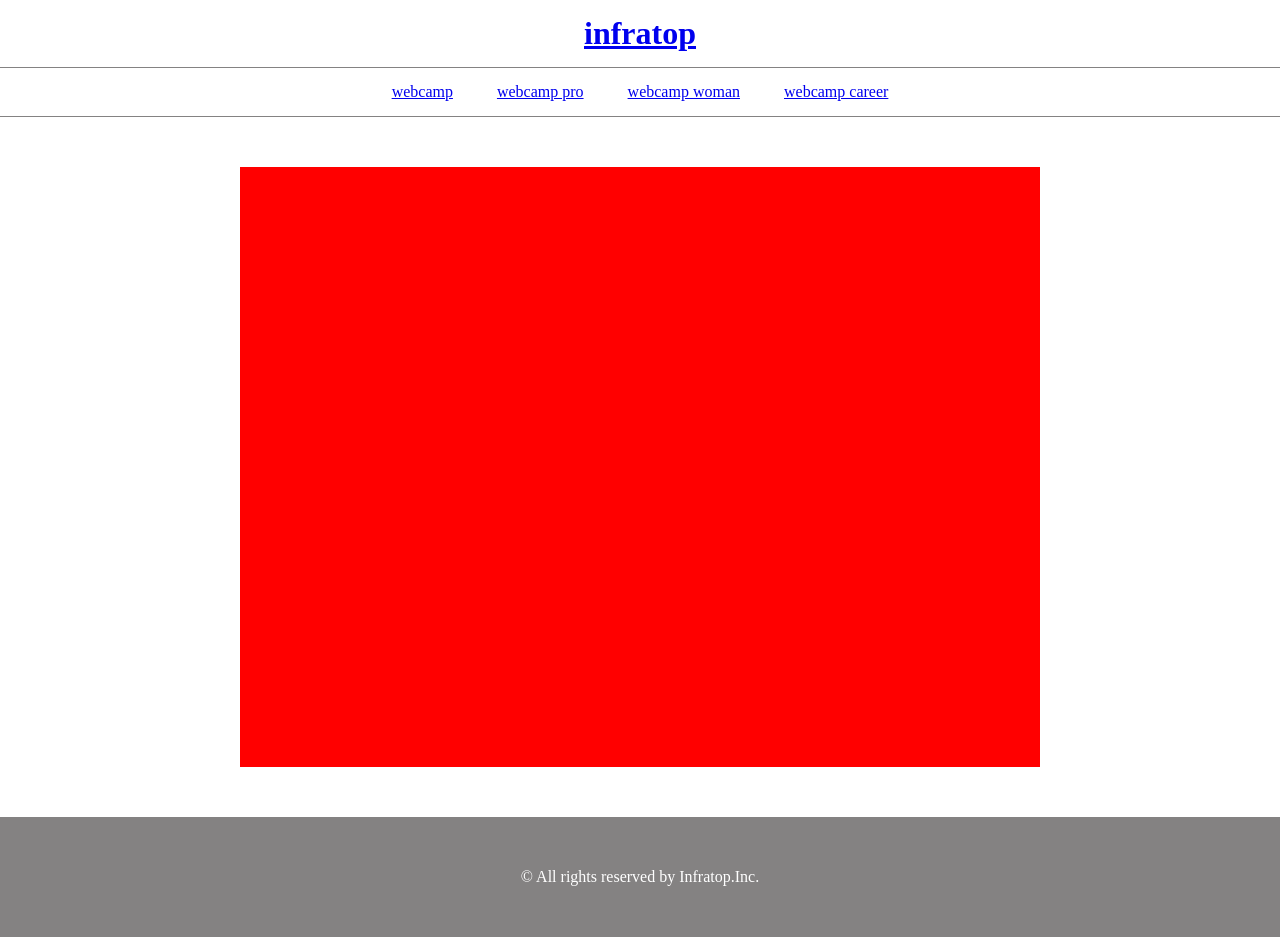
Repository: Nao002/practice
Page: html-practice5/index.html
The author's editor kept a record of every edit. The page is drawn from the files as they stood at one moment, then again after the next edit.
The browser window is 1280 px wide. The pictures show the whole page.

Above is the page before.

### html-practice5/index.html
<!DOCTYPE html>
<html lang="ja">
  <head>
    <meta charset="UTF-8" />
    <!-- CSSファイルの読み込み -->
    <link rel="stylesheet" href="style.css" />
    <title>infratop</title>
  </head>

  <body>
    <!-- header -->
    <header>
      <h1 class="heading">
        <a href="index.html">
          infratop
        </a>
      </h1>
    </header>

     <!-- navigation -->
    <nav>
      <ul class="nav-list">
        <li class="nav-list-item">
          <a href="index.html">webcamp</a>
        </li>
        <li class="nav-list-item">
          <a href="index.html">webcamp pro</a>
        </li>
        <li class="nav-list-item">
          <a href="index.html">webcamp woman</a>
        </li>
        </li>
        <li class="nav-list-item">
          <a href="index.html">webcamp career</a>
        </li>
      </ul>
    </nav>

    <!-- main-visual用のdiv -->
    <div class="main-visual">
      <div class="main-visual-content">
        <div class="main-visual-color"></div>
        <div class="main-visual-color"></div>
        <div class="main-visual-color"></div>
        <div class="main-visual-color"></div>
        <div class="main-visual-color"></div>
        <div class="main-visual-color"></div>
        <div class="main-visual-color"></div>
        <div class="main-visual-color"></div>
        <div class="main-visual-color"></div>
        <div class="main-visual-color"></div>
        <div class="main-visual-color"></div>
        <div class="main-visual-color"></div>
      </div>
    </div>

    <!-- footer -->
    <footer>
      <p class="footer-text">© All rights reserved by Infratop.Inc.</p>
    </footer>

  </body>
</html>

### html-practice5/style.css
/* ブラウザがそれぞれ持っているCSSをリセットするための記述 */
* {
  margin: 0;
  padding: 0;
  box-sizing: border-box;
}

header {
  width: 90%;
  padding: 15px 0;
  margin: 0 auto;
  text-align: center;
}

header .heading { /* headerタグ内のheadingクラスにのみ反映される */
  font-size: 32px;
}

.nav-list {
  text-align: center;
  padding: 15px 0;
  margin: 0 auto;
  border-top: 1px solid #848282;
  border-bottom: 1px solid #848282;
}

.nav-list-item {
  list-style: none;
  display: inline-block;
  margin: 0 20px;
}

.main-visual {
  width: 100%; /* 横幅いっぱい */
  height: 650px; /* 高さ300px */
}

.main-visual-content {
  width: 800px; /* 横幅350px */
  height: 300px; /* 親の高さに揃える */
  flex-wrap: wrap;
  margin: 50px auto;
  font-size: 0;
}

.main-visual-color{
  display: inline-block;
  width: 200px;
  height: 200px;
  background-color: #FF0000;
  font-size: 0;
}

.color1{
  background-color: #e6ffe9
}

footer {
  width: 100%;
  height: 120px;
  text-align: center;
  line-height: 120px;
  background-color: #848282;
}

.footer-text {
  color: #fff;
}

After the next edit:
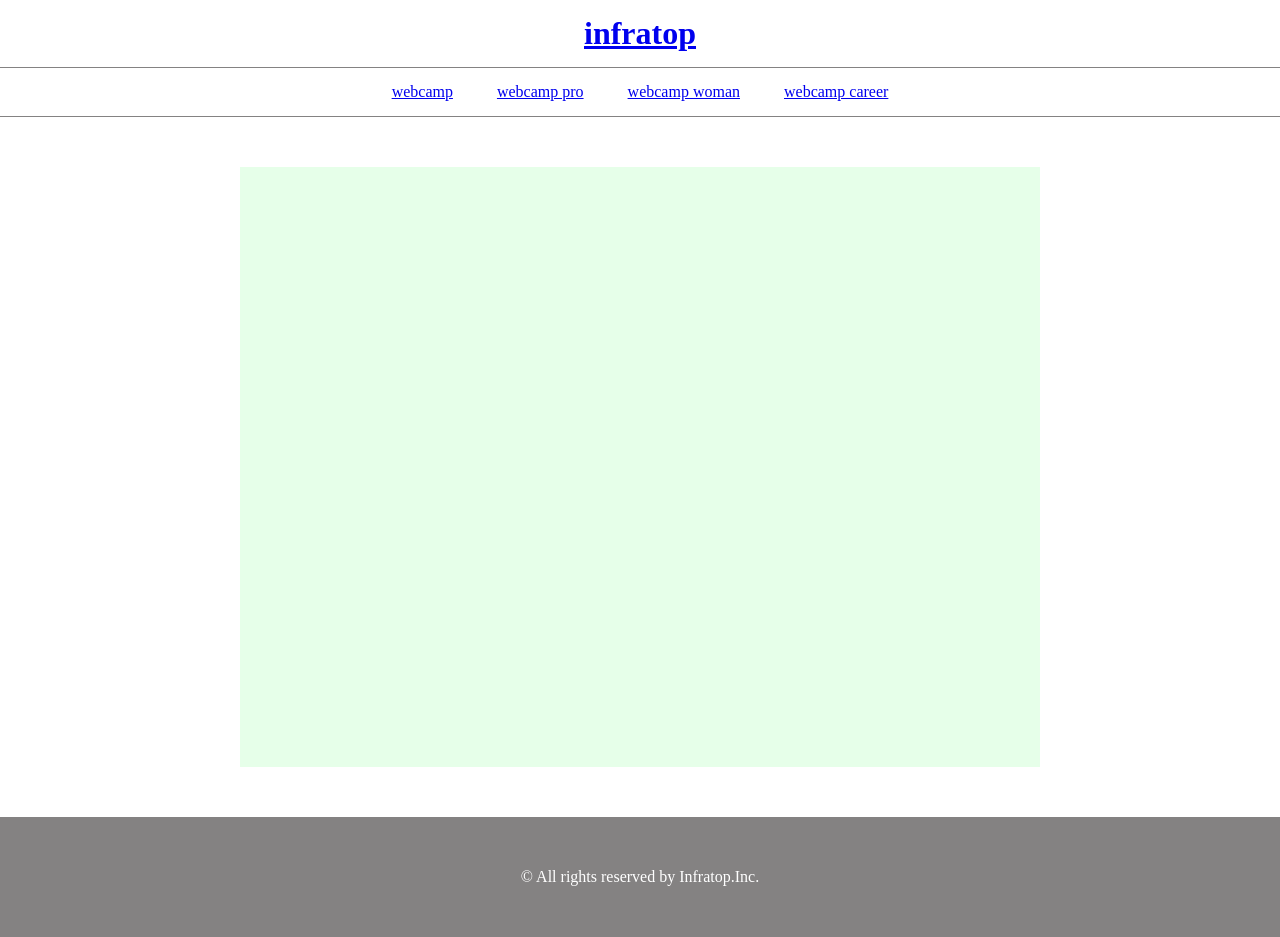
The edit:
--- a/html-practice5/index.html
+++ b/html-practice5/index.html
@@ -39,18 +39,18 @@
     <!-- main-visual用のdiv -->
     <div class="main-visual">
       <div class="main-visual-content">
-        <div class="main-visual-color"></div>
-        <div class="main-visual-color"></div>
-        <div class="main-visual-color"></div>
-        <div class="main-visual-color"></div>
-        <div class="main-visual-color"></div>
-        <div class="main-visual-color"></div>
-        <div class="main-visual-color"></div>
-        <div class="main-visual-color"></div>
-        <div class="main-visual-color"></div>
-        <div class="main-visual-color"></div>
-        <div class="main-visual-color"></div>
-        <div class="main-visual-color"></div>
+        <div class="main-visual-color color1"></div>
+        <div class="main-visual-color color1"></div>
+        <div class="main-visual-color color1"></div>
+        <div class="main-visual-color color1"></div>
+        <div class="main-visual-color color1"></div>
+        <div class="main-visual-color color1"></div>
+        <div class="main-visual-color color1"></div>
+        <div class="main-visual-color color1"></div>
+        <div class="main-visual-color color1"></div>
+        <div class="main-visual-color color1"></div>
+        <div class="main-visual-color color1"></div>
+        <div class="main-visual-color color1"></div>
       </div>
     </div>
 
